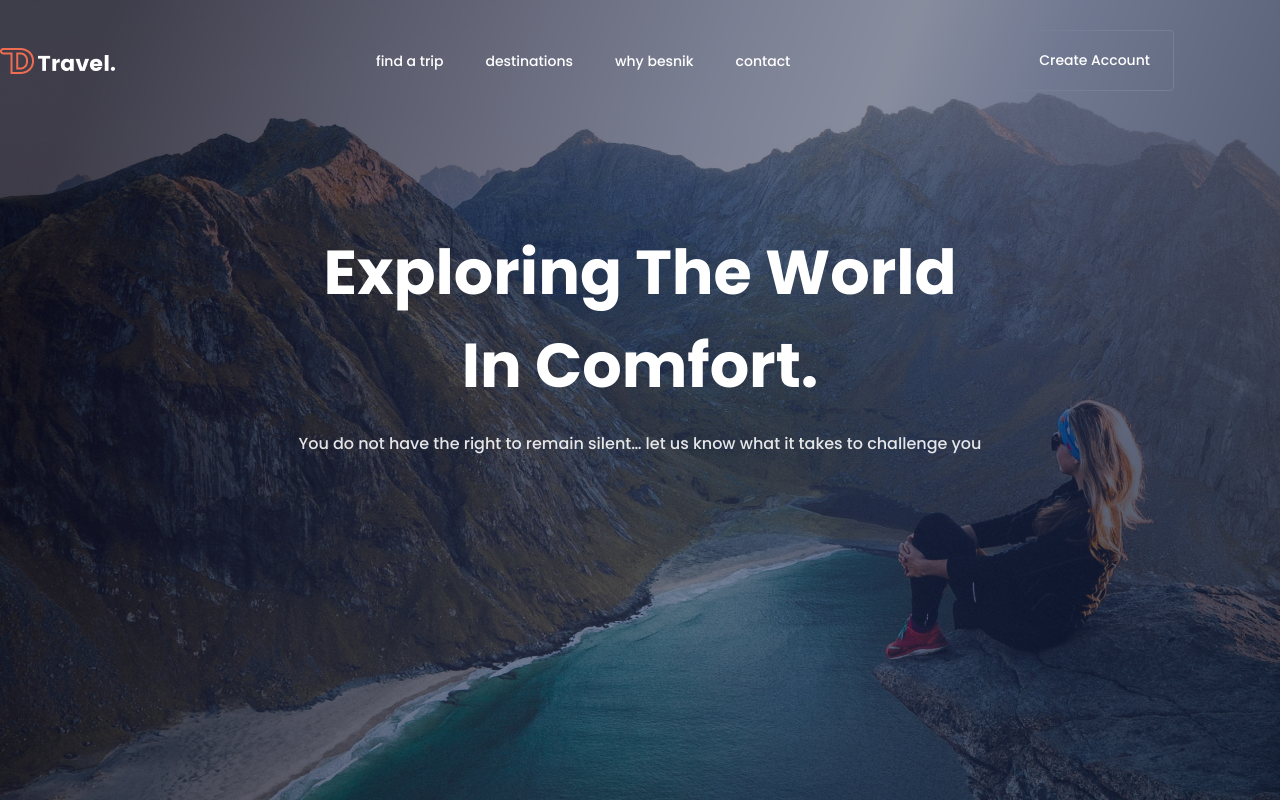
Repository: hoang0508/LandingPage-CodeTravel2
Page: index.html
These files come from the project's save history. The page is drawn as it stood at one moment and after the next save; the edit follows.
The browser window is 1280 px wide. The pictures show the whole page.
The style sheet was rebuilt from its Sass, Less or Tailwind sources for each picture, by a compiler version that may differ from the author's.

Above is the page before, as saved 2022-09-15 15:52:13.

After the next save:
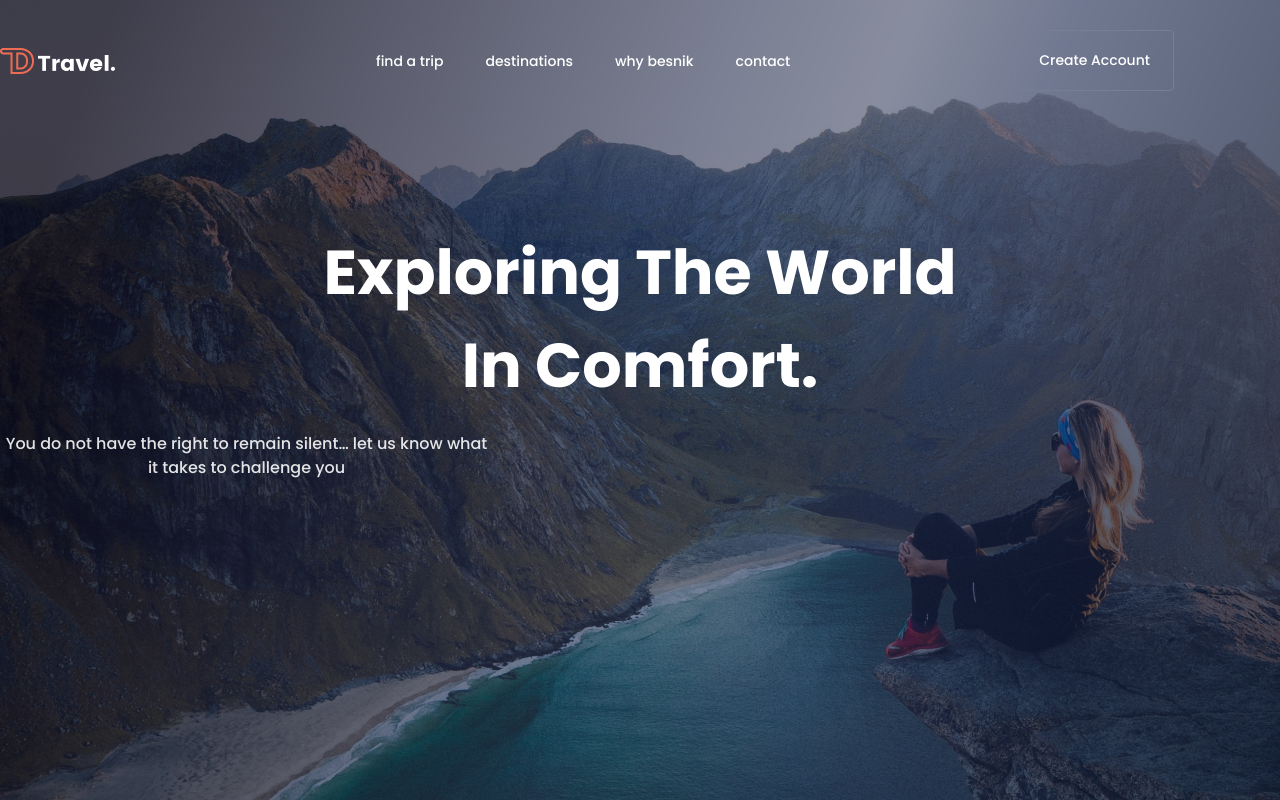
Saved 87 s later.
--- a/sass/_header.scss
+++ b/sass/_header.scss
@@ -37,6 +37,7 @@
       margin-bottom: 20px;
     }
     &--desc {
+      width: 493px;
       color: #ffffff;
       font-weight: 500;
       mix-blend-mode: normal;
